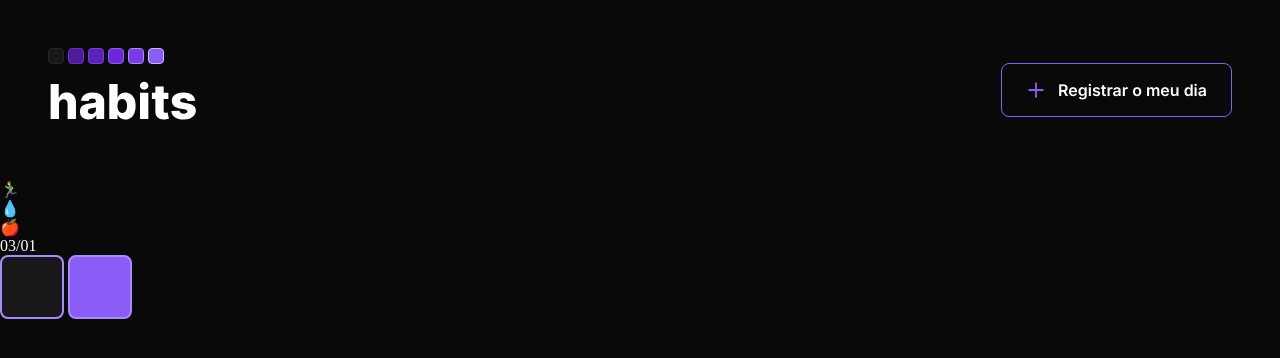
Repository: AntonyCosta/nlw-setup
Page: index.html
These files come from the project's save history. The page is drawn as it stood at one moment and after the next save; the edit follows.
The browser window is 1280 px wide. The pictures show the whole page.

Above is the page before, as saved 2023-01-18 03:47:09.

After the next save:
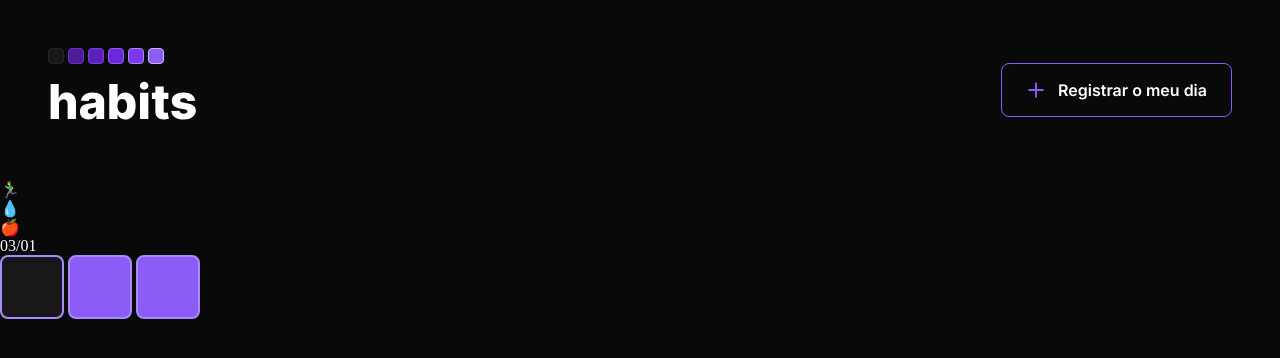
Saved 8 s later.
--- a/index.html
+++ b/index.html
@@ -34,6 +34,7 @@
           <div>03/01</div>
           <input type="checkbox" />
           <input type="checkbox" checked />
+          <input type="checkbox" checked />
         </div>
       </div>
 
